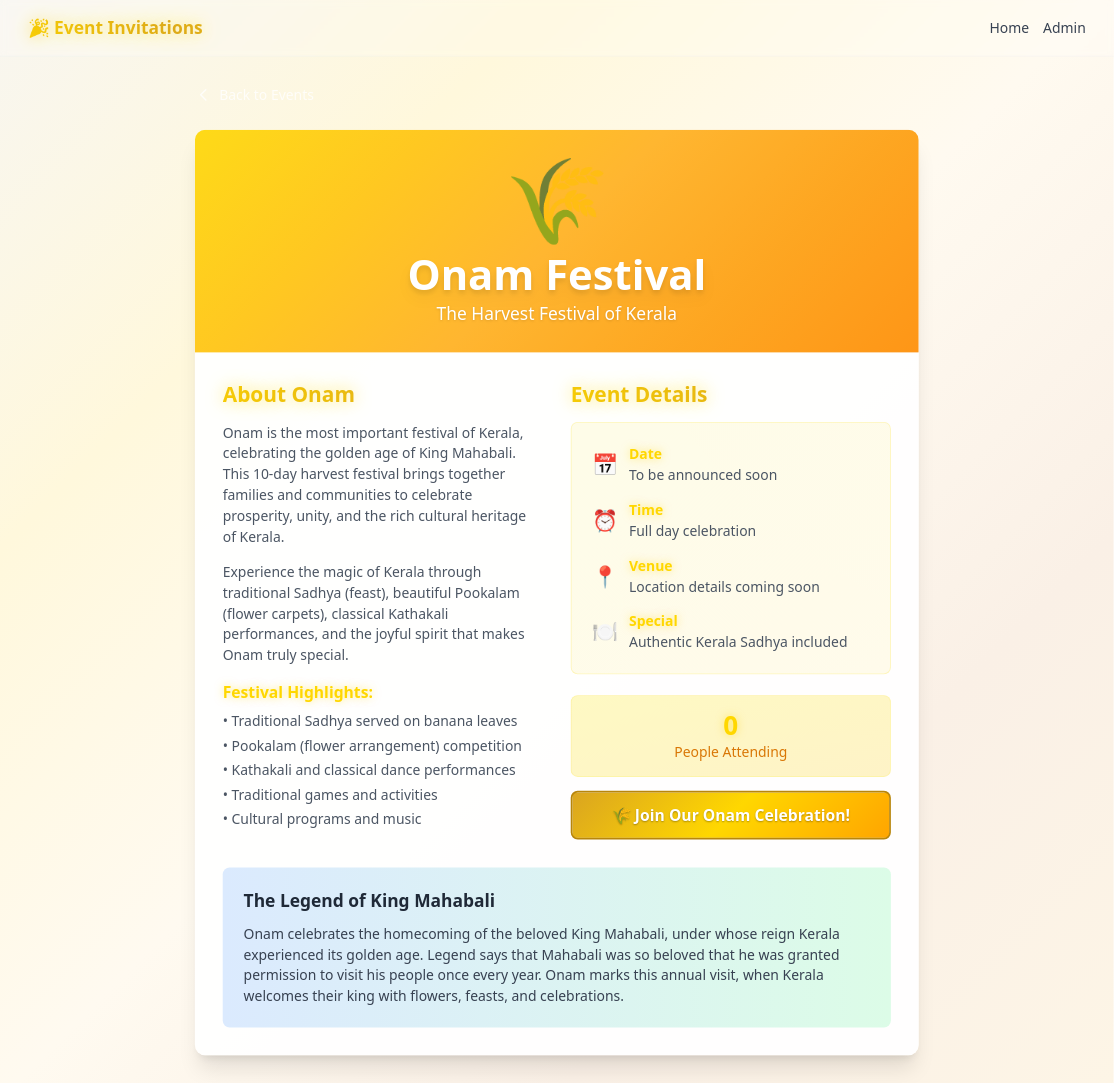
Repository: nanduldas/invitation
Page: http://localhost/event/onam
These files come from the project's save history. The page is drawn as it stood at one moment and after the next save; the edit follows.
The browser window is 1280 px wide. The pictures show the whole page, at 87% of full size.
Some web libraries are served in a nearby version. The page is served by the project's Laravel application, run on PHP 8.4 with Laravel 12. Other server files are loaded and not shown. Queries for data that is not in the repository find no rows.

Above is the page before, as saved 2025-08-22 23:53:57.

### routes/web.php
<?php

use Illuminate\Support\Facades\Route;
use App\Http\Controllers\EventController;

Route::get('/', [EventController::class, 'index'])->name('home');
Route::get('/event/{event}', [EventController::class, 'show'])->name('event.show');
Route::post('/register', [EventController::class, 'register'])->name('register');
Route::get('/admin/attendees', [EventController::class, 'admin'])->name('admin.attendees');

### app/Http/Controllers/EventController.php
<?php

namespace App\Http\Controllers;

use Illuminate\Http\Request;
use App\Models\Attendee;
use Illuminate\Support\Facades\Validator;

class EventController extends Controller
{
    public function index()
    {
        $haldiCount = Attendee::forEvent('haldi')->count();
        $onamCount = Attendee::forEvent('onam')->count();

        return view('events.index', compact('haldiCount', 'onamCount'));
    }

    public function show($event)
    {
        if (!in_array($event, ['haldi', 'onam'])) {
            abort(404);
        }

        $attendeesCount = Attendee::forEvent($event)->count();

        return view('events.show', compact('event', 'attendeesCount'));
    }

    public function register(Request $request)
    {
        $validator = Validator::make($request->all(), [
            'name' => 'required|string|max:255',
            'phone' => 'required|string|max:20',
            'event' => 'required|in:haldi,onam'
        ]);

        if ($validator->fails()) {
            return response()->json([
                'success' => false,
                'message' => 'Please fill all fields correctly.'
            ], 422);
        }

        // Check if attendee already exists based on phone number
        $existingAttendee = Attendee::where('phone', $request->phone)->first();

        if ($existingAttendee) {
            return response()->json([
                'success' => true,
                'message' => 'You are already on our list, thank you! 🎉',
                'attendee_count' => Attendee::forEvent($request->event)->count()
            ]);
        }

        // Create new attendee
        $attendee = Attendee::create([
            'name' => $request->name,
            'phone' => $request->phone,
            'event' => $request->event
        ]);

        $attendeeCount = Attendee::forEvent($request->event)->count();

        return response()->json([
            'success' => true,
            'message' => "Welcome to our celebration, {$request->name}! 🌟 We're excited to have you join us!",
            'attendee_count' => $attendeeCount
        ]);
    }

    public function admin()
    {
        $haldiAttendees = Attendee::forEvent('haldi')->get();
        $onamAttendees = Attendee::forEvent('onam')->get();

        return view('admin.attendees', compact('haldiAttendees', 'onamAttendees'));
    }
}

### app/Models/Attendee.php
<?php

namespace App\Models;

use Illuminate\Database\Eloquent\Model;

class Attendee extends Model
{
    protected $fillable = [
        'name',
        'phone',
        'event'
    ];

    protected $casts = [
        'event' => 'string'
    ];

    public function scopeForEvent($query, $event)
    {
        return $query->where('event', $event);
    }
}

### resources/views/events/show.blade.php
@extends('layouts.app')

@section('title', ucfirst($event) . ' Event Details')

@section('content')
<div class="max-w-4xl mx-auto px-4 sm:px-6 lg:px-8">
    <!-- Back Button -->
    <div class="mb-6">
        <a href="{{ route('home') }}" class="inline-flex items-center text-white/80 hover:text-white transition-colors">
            <svg class="w-5 h-5 mr-2" fill="none" stroke="currentColor" viewBox="0 0 24 24">
                <path stroke-linecap="round" stroke-linejoin="round" stroke-width="2" d="M15 19l-7-7 7-7"></path>
            </svg>
            Back to Events
        </a>
    </div>

    @if($event === 'haldi')
        <!-- Haldi Event Details -->
        <div class="bg-white/95 rounded-xl shadow-xl overflow-hidden">
            <div class="bg-haldi-theme h-64 relative">
                <div class="haldi-overlay h-full flex items-center justify-center">
                    <div class="text-center text-white">
                        <div class="text-8xl mb-4">🌺</div>
                        <h1 class="text-4xl md:text-5xl font-bold drop-shadow-lg">Haldi Ceremony</h1>
                        <p class="text-xl mt-2 drop-shadow">A Sacred & Joyful Celebration</p>
                    </div>
                </div>
            </div>

            <div class="p-8">
                <div class="grid md:grid-cols-2 gap-8 mb-8">
                    <div>
                        <h2 class="text-2xl font-bold text-gray-800 mb-4">About the Ceremony</h2>
                        <p class="text-gray-600 mb-4">
                            The Haldi ceremony is one of the most cherished pre-wedding rituals in Indian culture.
                            This beautiful tradition involves applying turmeric paste to the bride and groom,
                            symbolizing purification, protection, and the blessing of a bright future together.
                        </p>
                        <p class="text-gray-600 mb-4">
                            Join us for an afternoon filled with laughter, music, traditional songs, and the
                            warm embrace of family and friends. The golden glow of turmeric will bless the
                            couple as they prepare for their new journey.
                        </p>

                        <h3 class="text-lg font-semibold text-gray-800 mb-2">What to Expect:</h3>
                        <ul class="text-gray-600 space-y-1">
                            <li>• Traditional turmeric application ceremony</li>
                            <li>• Folk music and dancing</li>
                            <li>• Delicious Indian snacks and sweets</li>
                            <li>• Photography and memories</li>
                            <li>• Warm, festive atmosphere</li>
                        </ul>
                    </div>

                    <div>
                        <h2 class="text-2xl font-bold text-gray-800 mb-4">Event Details</h2>
                        <div class="bg-amber-50 rounded-lg p-6 space-y-4">
                            <div class="flex items-center">
                                <span class="text-2xl mr-3">📅</span>
                                <div>
                                    <div class="font-semibold text-gray-800">Date</div>
                                    <div class="text-gray-600">To be announced soon</div>
                                </div>
                            </div>
                            <div class="flex items-center">
                                <span class="text-2xl mr-3">⏰</span>
                                <div>
                                    <div class="font-semibold text-gray-800">Time</div>
                                    <div class="text-gray-600">Traditional afternoon timing</div>
                                </div>
                            </div>
                            <div class="flex items-center">
                                <span class="text-2xl mr-3">📍</span>
                                <div>
                                    <div class="font-semibold text-gray-800">Venue</div>
                                    <div class="text-gray-600">Location details coming soon</div>
                                </div>
                            </div>
                            <div class="flex items-center">
                                <span class="text-2xl mr-3">👗</span>
                                <div>
                                    <div class="font-semibold text-gray-800">Dress Code</div>
                                    <div class="text-gray-600">Traditional Indian wear preferred</div>
                                </div>
                            </div>
                        </div>

                        <div class="mt-6 text-center">
                            <div class="bg-amber-100 rounded-lg p-4 mb-4">
                                <div class="text-3xl font-bold text-amber-700 attendee-count" data-event="haldi">{{ $attendeesCount }}</div>
                                <div class="text-amber-600">People Attending</div>
                            </div>
                            <button onclick="openModal('haldi')"
                                    class="w-full px-6 py-3 bg-orange-600 text-white rounded-lg hover:bg-orange-700 transition-colors text-lg font-semibold">
                                🎉 I'm Attending This Celebration!
                            </button>
                        </div>
                    </div>
                </div>

                <div class="bg-gradient-to-r from-amber-100 to-orange-100 rounded-lg p-6">
                    <h3 class="text-xl font-bold text-gray-800 mb-3">Traditional Significance</h3>
                    <p class="text-gray-700">
                        Turmeric has been used in Indian ceremonies for thousands of years. It's believed to bring
                        good luck, ward off evil, and promote health and prosperity. The Haldi ceremony is not just
                        a ritual, but a celebration of love, family bonds, and the beginning of a beautiful journey.
                    </p>
                </div>
            </div>
        </div>
    @else
        <!-- Onam Event Details -->
        <div class="bg-white/95 rounded-xl shadow-xl overflow-hidden">
            <div class="gradient-onam h-64 relative">
                <div class="onam-overlay h-full flex items-center justify-center">
                    <div class="text-center text-white">
                        <div class="text-8xl mb-4">🌾</div>
                        <h1 class="text-4xl md:text-5xl font-bold drop-shadow-lg">Onam Festival</h1>
                        <p class="text-xl mt-2 drop-shadow">The Harvest Festival of Kerala</p>
                    </div>
                </div>
            </div>

            <div class="p-8">
                <div class="grid md:grid-cols-2 gap-8 mb-8">
                    <div>
                        <h2 class="text-2xl font-bold text-gold-shining mb-4">About Onam</h2>
                        <p class="text-gray-600 mb-4">
                            Onam is the most important festival of Kerala, celebrating the golden age of King Mahabali.
                            This 10-day harvest festival brings together families and communities to celebrate prosperity,
                            unity, and the rich cultural heritage of Kerala.
                        </p>
                        <p class="text-gray-600 mb-4">
                            Experience the magic of Kerala through traditional Sadhya (feast), beautiful Pookalam
                            (flower carpets), classical Kathakali performances, and the joyful spirit that makes
                            Onam truly special.
                        </p>

                        <h3 class="text-lg font-semibold text-gold mb-2">Festival Highlights:</h3>
                        <ul class="text-gray-600 space-y-1">
                            <li>• Traditional Sadhya served on banana leaves</li>
                            <li>• Pookalam (flower arrangement) competition</li>
                            <li>• Kathakali and classical dance performances</li>
                            <li>• Traditional games and activities</li>
                            <li>• Cultural programs and music</li>
                        </ul>
                    </div>

                    <div>
                        <h2 class="text-2xl font-bold text-gold-shining mb-4">Event Details</h2>
                        <div class="bg-gradient-to-br from-yellow-50 to-amber-50 rounded-lg p-6 space-y-4 border border-yellow-200/50">
                            <div class="flex items-center">
                                <span class="text-2xl mr-3">📅</span>
                                <div>
                                    <div class="font-semibold text-gold">Date</div>
                                    <div class="text-gray-600">To be announced soon</div>
                                </div>
                            </div>
                            <div class="flex items-center">
                                <span class="text-2xl mr-3">⏰</span>
                                <div>
                                    <div class="font-semibold text-gold">Time</div>
                                    <div class="text-gray-600">Full day celebration</div>
                                </div>
                            </div>
                            <div class="flex items-center">
                                <span class="text-2xl mr-3">📍</span>
                                <div>
                                    <div class="font-semibold text-gold">Venue</div>
                                    <div class="text-gray-600">Location details coming soon</div>
                                </div>
                            </div>
                            <div class="flex items-center">
                                <span class="text-2xl mr-3">🍽️</span>
                                <div>
                                    <div class="font-semibold text-gold">Special</div>
                                    <div class="text-gray-600">Authentic Kerala Sadhya included</div>
                                </div>
                            </div>
                        </div>

                        <div class="mt-6 text-center">
                            <div class="bg-gradient-to-br from-yellow-100 to-amber-100 rounded-lg p-4 mb-4 border border-yellow-200/50">
                                <div class="text-3xl font-bold text-gold attendee-count" data-event="onam">{{ $attendeesCount }}</div>
                                <div class="text-amber-600">People Attending</div>
                            </div>
                            <button onclick="openModal('onam')"
                                    class="w-full px-6 py-3 btn-gold rounded-lg text-lg font-semibold">
                                🌾 Join Our Onam Celebration!
                            </button>
                        </div>
                    </div>
                </div>

                <div class="bg-gradient-to-r from-blue-100 to-green-100 rounded-lg p-6">
                    <h3 class="text-xl font-bold text-gray-800 mb-3">The Legend of King Mahabali</h3>
                    <p class="text-gray-700">
                        Onam celebrates the homecoming of the beloved King Mahabali, under whose reign Kerala experienced
                        its golden age. Legend says that Mahabali was so beloved that he was granted permission to visit
                        his people once every year. Onam marks this annual visit, when Kerala welcomes their king with
                        flowers, feasts, and celebrations.
                    </p>
                </div>
            </div>
        </div>
    @endif
</div>
@endsection

Loaded but not shown: app/Http/Controllers/Controller.php (common file); resources/views/layouts/app.blade.php (219 lines, source omitted)

After the next save:
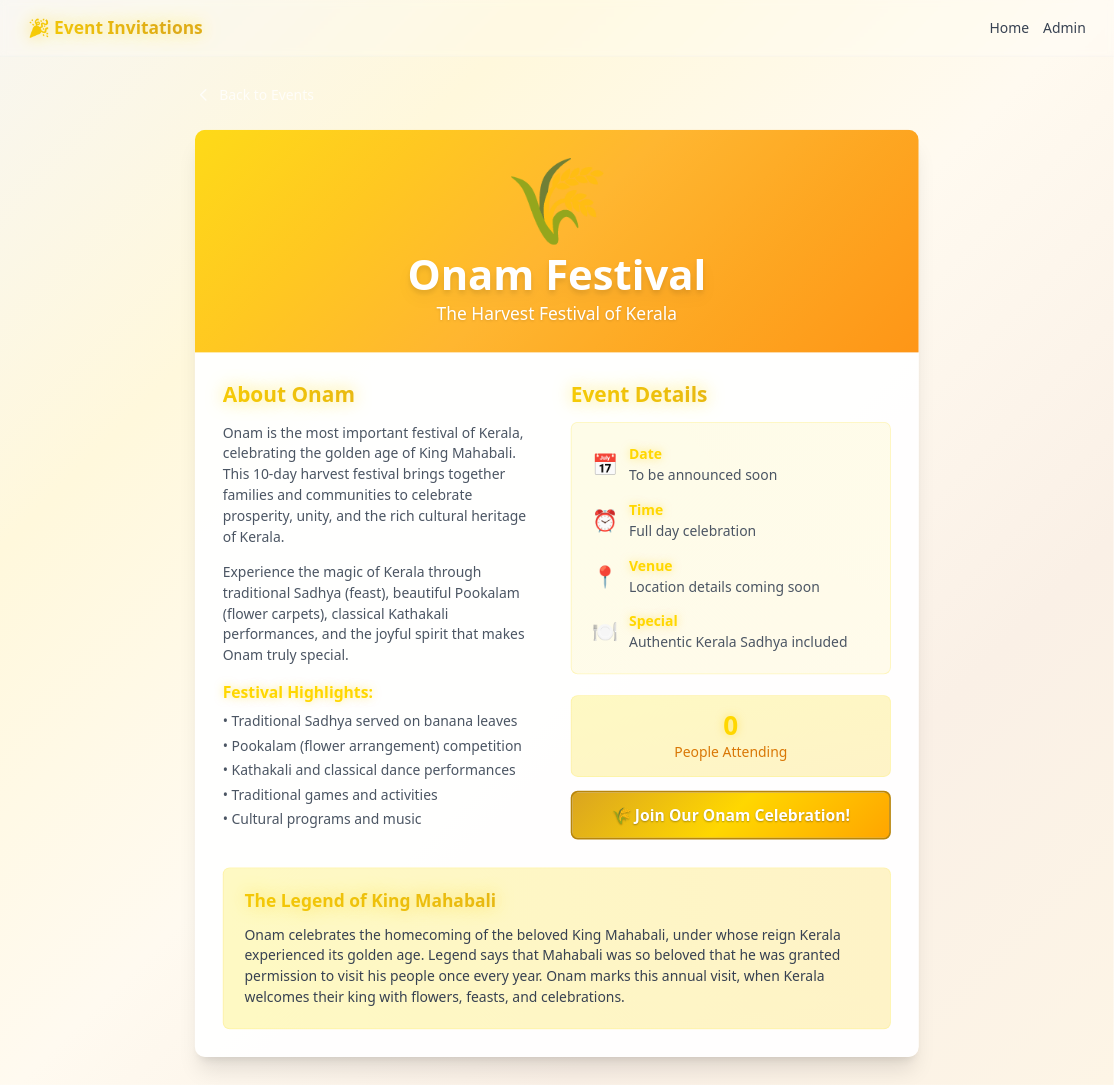
Saved 14 s later.
--- a/resources/views/events/show.blade.php
+++ b/resources/views/events/show.blade.php
@@ -192,8 +192,8 @@
                     </div>
                 </div>
 
-                <div class="bg-gradient-to-r from-blue-100 to-green-100 rounded-lg p-6">
-                    <h3 class="text-xl font-bold text-gray-800 mb-3">The Legend of King Mahabali</h3>
+                <div class="bg-gradient-to-r from-yellow-100 to-amber-100 rounded-lg p-6 border border-yellow-200/50">
+                    <h3 class="text-xl font-bold text-gold-shining mb-3">The Legend of King Mahabali</h3>
                     <p class="text-gray-700">
                         Onam celebrates the homecoming of the beloved King Mahabali, under whose reign Kerala experienced
                         its golden age. Legend says that Mahabali was so beloved that he was granted permission to visit
